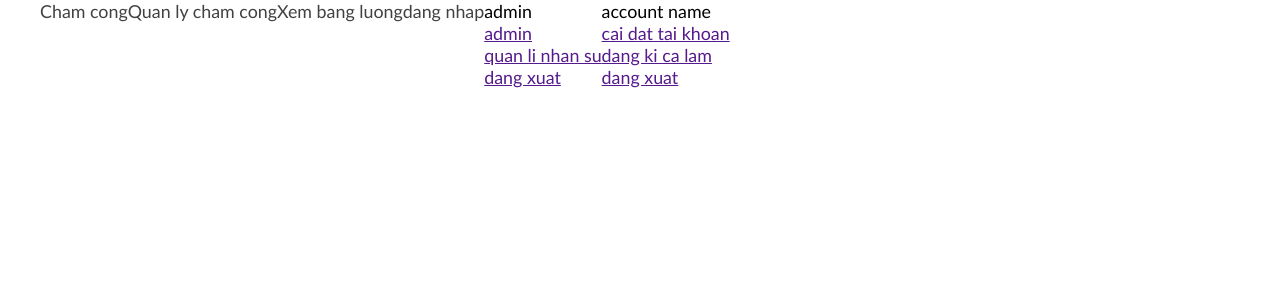
Repository: LDDUNG2003/a
Page: index.html
An editor plug-in stored every save of this project. The page is shown before and after the next save, followed by the edit.
The browser window is 1280 px wide. The pictures show the whole page.

Above is the page before, as saved 2023-10-13 23:34:51.

### index.html
<!DOCTYPE html>
<html lang="en">

<head>
    <meta charset="UTF-8">
    <meta name="viewport" content="width=device-width, initial-scale=1.0">
    <title>trang chu</title>
    <link rel="stylesheet" href="./controlView/css/base.css">
    <link rel="stylesheet" href="./controlView/css/index.css">
</head>

<body>
    <div class="main">
        <!-- start header -->
        <header class="app__header">
            <nav class="navBar">
                <ul class="navBar-list">
                    <li class="navBar--items"><a href="" class="navbar--link">Cham cong</a></li>
                    <li class="navBar--items"><a href="" class="navbar--link">Quan ly cham cong</a></li>
                    <li class="navBar--items">
                        <a href="" class="navbar--link">Xem bang luong</a></li>
                    <!-- login  -->
                    <li class="navBar--items">
                        <a href="" class="navbar--link">dang nhap</a></li>
                    <!-- admin menu -->
                    <li class="navBar--items">
                        admin
                        <ul class="account-list">
                            <li class="account--item"><a href="" class="account--link">admin</a></li>
                            <li class="account--item"><a href="" class="account--link">quan li nhan su</a></li>
                            <li class="account--item"><a href="" class="account--link">dang xuat</a></li>
                        </ul>
                    </li>
                    <!-- personnel menu -->
                    <li class="navBar--items">
                        account name
                        <ul class="account-list">
                            <li class="account--item"><a href="" class="account--link">cai dat tai khoan</a></li>
                            <li class="account--item"><a href="" class="account--link">dang ki ca lam</a></li>
                            <li class="account--item"><a href="" class="account--link">dang xuat</a></li>
                        </ul>
                    </li>
                </ul>
            </nav>
        </header>
        <!-- end header -->

        <!-- start content -->
        <div class="app__content">

        </div>
        <!-- end content -->
    </div>
</body>

</html>

### controlView/css/base.css
:root {
    --primary-color: #0066cc;
    --text-color: #414141;
}

* {
    padding: 0px;
    margin: 0px;
    font-family: 'Trebuchet MS', 'Lucida Sans Unicode', 'Lucida Grande', 'Lucida Sans', Arial, sans-serif;
}

html,
body {
    font-size: 0.62rem;
}

.main {}

.app__header {
    width: 100%;
}

.navBar {
    width: 100%;
    max-width: 1200px;
    margin: auto;
    cursor: pointer;
}

.navBar-list {
    display: flex;
    list-style: none;
}

.navBar--items {
    font-size: 1.8rem;
}

.navbar--link {
    color: var(--text-color);
    text-decoration: none;
}

.account-list {
    list-style: none;
}

.account--item {}

.account--link {}

Loaded but not shown: controlView/css/index.css (no stored copy; drawn as an empty file)

After the next save:
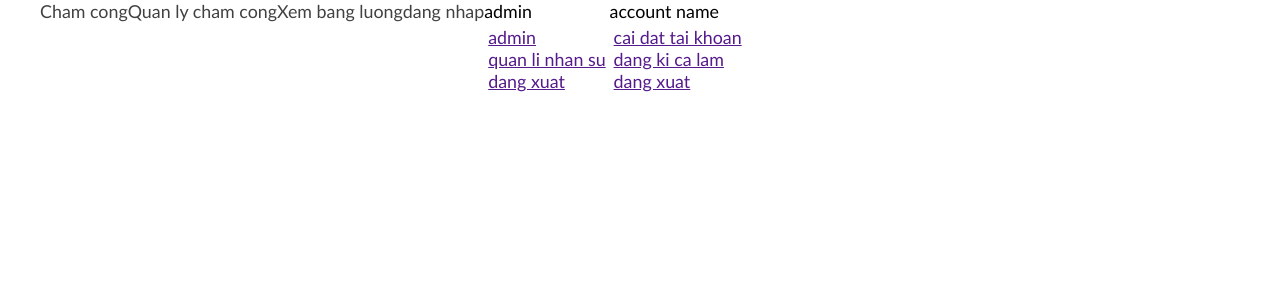
Saved 20 s later.
--- a/controlView/css/base.css
+++ b/controlView/css/base.css
@@ -43,6 +43,7 @@ body {
 
 .account-list {
     list-style: none;
+    padding: 4px;
 }
 
 .account--item {}
